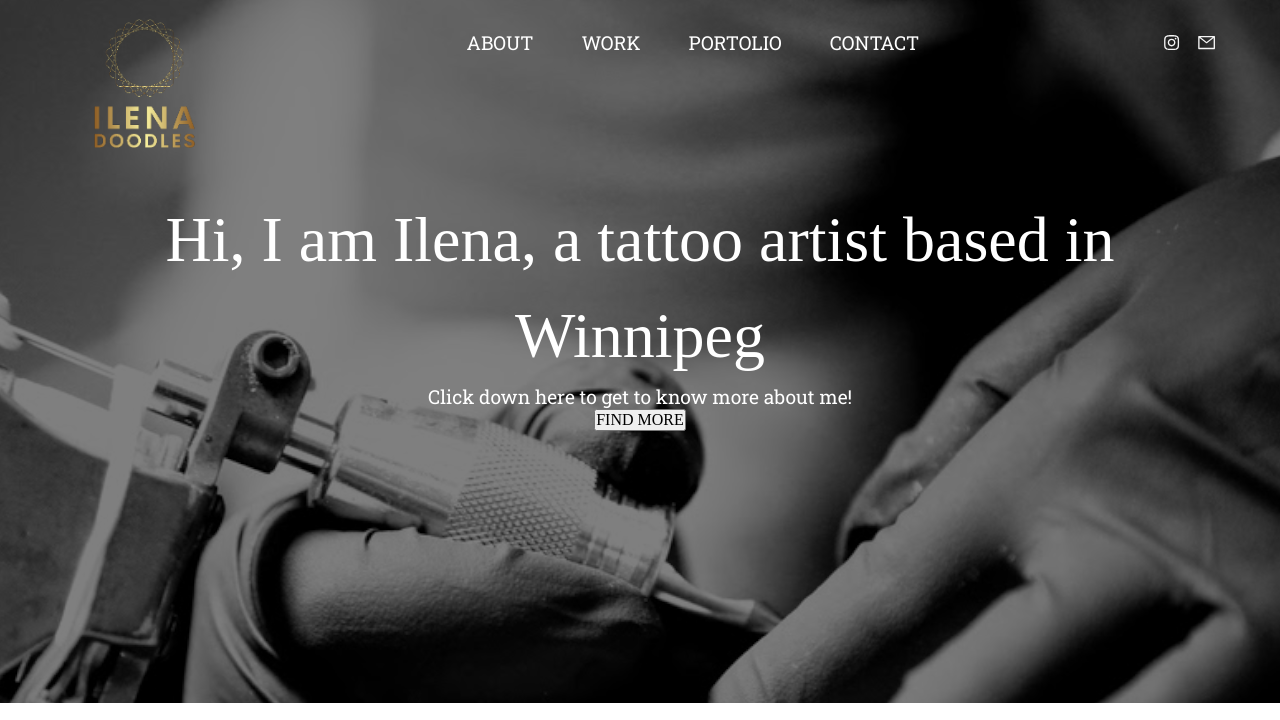
Repository: Leoka2000/Ilena
Page: /
The author's editor kept a copy of each file at every save. The page is drawn from the files as they stood at one save, then again after a run of saves.
The browser window is 1280 px wide. The pictures show the whole page.
Some web fonts or font styles are not loaded; a fallback is used. The project was rebuilt for these pictures with package versions that can differ from the ones it lists, and the page was loaded fresh each time. Also part of the build but not shown: src/App.css.

Above is the page before, as saved 2023-03-02 11:24:04.

After the next 2 saves:
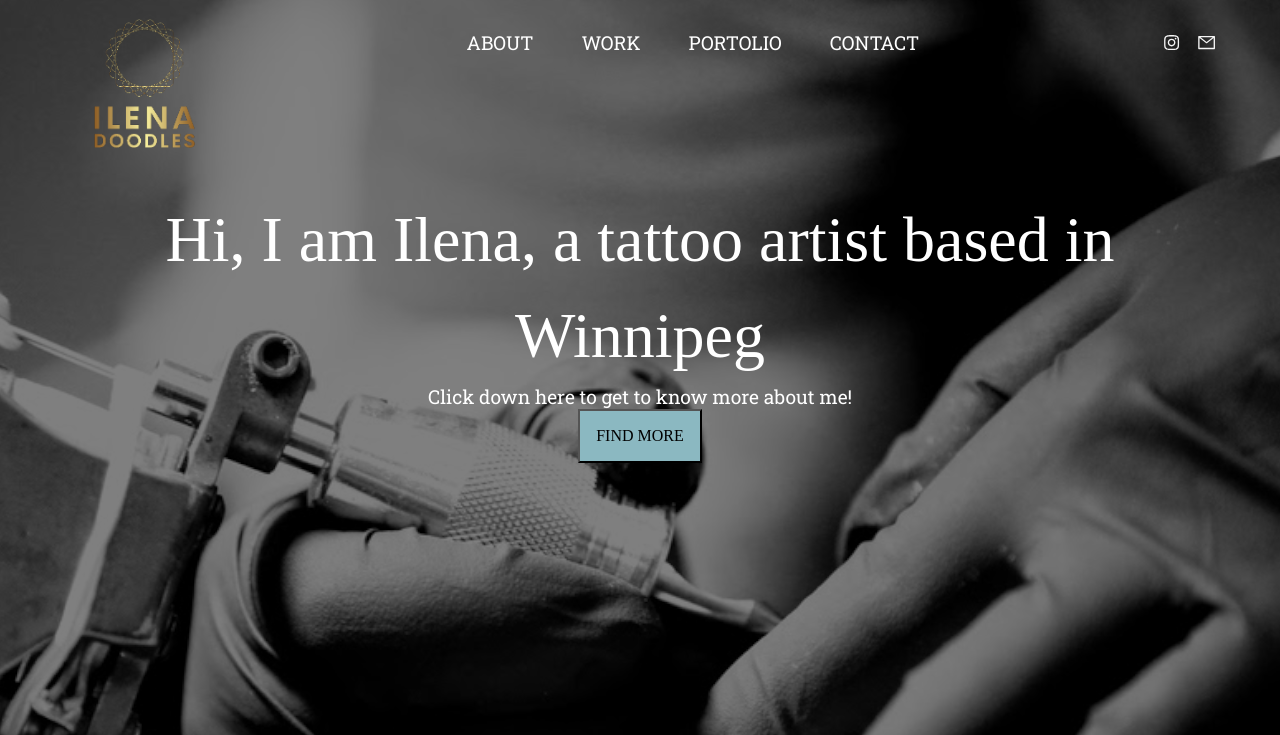
The 2 saves are shown as one change because they came seconds apart.
The last was saved 12 s later.
--- a/src/pages/hero/hero.css
+++ b/src/pages/hero/hero.css
@@ -41,3 +41,7 @@
 font-family: 'Roboto Slab', serif;
 
 }
+.hero-section > button {
+    background: #8bb8c1;
+    padding: 1rem;
+}
